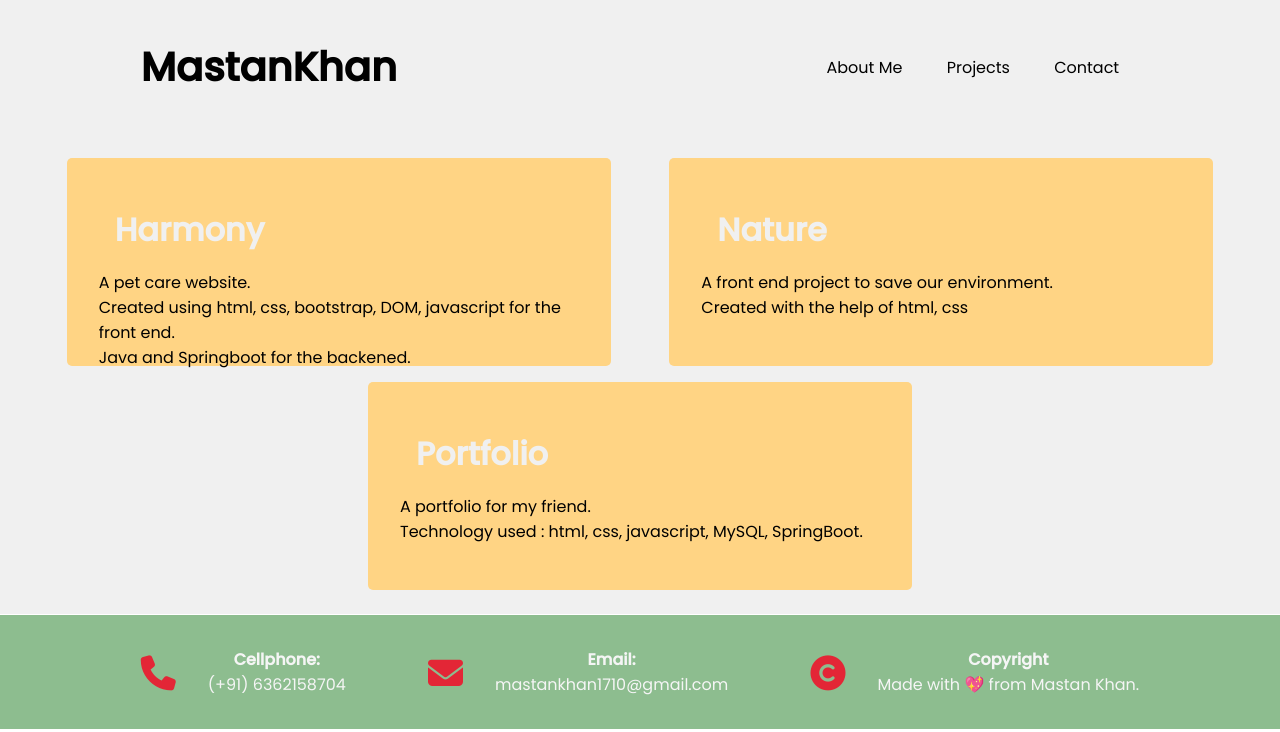
Repository: MastanKhan1/my_resume
Page: http://localhost/projects
The author's editor kept a copy of each file at every save. The page is drawn from the files as they stood at one save, then again after the next save.
The browser window is 1280 px wide. The pictures show the whole page.
Some web fonts or font styles are not loaded; a fallback is used. The page is this project's Thymeleaf template; nobody is signed in. The template is opened directly, without the code that normally fills it, so the values that code supplies are empty.

Above is the page before, as saved 2023-10-06 07:04:52.

### portfolio/src/main/resources/templates/projects.html
<!DOCTYPE html>
<html lang="en">
<head>
    <meta charset="UTF-8">
    <meta name="viewport" content="width=device-width, initial-scale=1.0">
    <title>Projects</title>

    <link rel="stylesheet" href="styles.css">
    <link rel="preconnect" href="https://fonts.googleapis.com">
<link rel="preconnect" href="https://fonts.gstatic.com" crossorigin>
<!-- <link href="https://cdn.jsdelivr.net/npm/bootstrap@5.3.2/dist/css/bootstrap.min.css" rel="stylesheet" integrity="sha384-T3c6CoIi6uLrA9TneNEoa7RxnatzjcDSCmG1MXxSR1GAsXEV/Dwwykc2MPK8M2HN" crossorigin="anonymous"> -->
<link href="https://fonts.googleapis.com/css2?family=Merriweather&family=Montserrat+Alternates:wght@500&family=Montserrat+Subrayada:wght@400;700&family=Montserrat:ital,wght@0,400;0,700;1,700&family=Niconne&family=PT+Mono&family=Poppins:wght@400;500&family=Roboto&family=Sacramento&family=Tinos&display=swap" rel="stylesheet">
<link rel="stylesheet" href="https://cdnjs.cloudflare.com/ajax/libs/font-awesome/6.4.2/css/all.min.css" integrity="sha512-z3gLpd7yknf1YoNbCzqRKc4qyor8gaKU1qmn+CShxbuBusANI9QpRohGBreCFkKxLhei6S9CQXFEbbKuqLg0DA==" crossorigin="anonymous" referrerpolicy="no-referrer" />

</head>
<body>

    <section id="section1">
        <div id="toggle">
            <!-- <nav> -->
                <div>
                    <h1>MastanKhan</h1>

                </div>
                <div>
                    <ul>
                        <li><a href="">About Me</a></li>
                        <li><a href="">Projects</a></li>
                        <li><a href="">Contact</a></li>
                    </ul>
                </div>
            <!-- </nav> -->
        </div>

        <div class="projects">
            <div class="project-items" id="harmony">
                <h2>Harmony</h2>
                <p>A pet care website.</p>
                <p>Created using html, css, bootstrap, DOM, javascript for the front end.</p>
                <p>Java and Springboot for the backened.</p>

            </div>
            <div class="project-items" id="any_time_food">
                <h2>Nature</h2>
                <p>A front end project to save our environment.</p>
                <p>Created with the help of html, css</p>

            </div>

            <div class="project-items" id="portfolio">
                <h2>Portfolio</h2>
                <p>A portfolio for my friend.</p>
                <p>Technology used : html, css, javascript, MySQL, SpringBoot.</p>
            </div>

        </div>


        <div id="footer">
            <div class="footer-items">
                <div class="footer-items">

                    <i class="fa-solid fa-phone"></i>

                </div>
                <div>
                    <h4>Cellphone:</h4>
                    <p>(+91) 6362158704</p>
                </div>
            </div>
            <div class="footer-items">
                <div >

                    <i class="fa-solid fa-envelope"></i>
                </div>
                <div>
                    <h4>Email:</h4>
                    <p>mastankhan1710@gmail.com</p>
                    <!-- <p>(+91) 9901531794</p> -->
                </div>
            </div>

            <div class="footer-items">
                <div>
                    <i class="fa-solid fa-copyright"></i>
                </div>
                <div>
                    <p>
                        <h4>Copyright</h4>
                        Made with 💖 from Mastan Khan.
                    </p>
                </div>
            </div>
        </div>
        </section>

</body>
</html>

### portfolio/src/main/resources/static/styles.css
@charset "UTF-8";

*{
    margin: 0;
    padding: 0;
    font-family: 'Poppins', sans-serif;
}


#section1{
    background-color: #f0f0f0;
    border-bottom: 3px solid white;
}

#toggle{
    padding: 2.9% 11%;
    display: flex;
    flex-wrap: wrap;
    justify-content: space-between;
    align-items: center;
}


div h1{
    font-size: 2.5rem;
}

#toggle div ul li{
    display: inline;
    margin: 10px 20px;
}

div ul li a{
    text-decoration: none;
    color: black;
}

div li a{
    text-decoration: none;
}

#intro{
    padding: 2% 7% 1% 7%;
    display: flex;
    flex-wrap: wrap;
    justify-content: space-around;

}

#intro div form{
    display: inline;
}

#image{
    width: 60%;
}



.auto-type{
    color: #E32636;
    font-weight: bold;
    font-size: 20px;
}

#intro div form input{
    height: 85px;
    width: 85px;
    border-radius: 100%;
    margin: 2% 2% 0 1%;
    font-size: 1rem;
    border: 1.25px solid black;
}

input:hover{
   opacity: 0.7;
   box-shadow: 3px 2px 2px black;
}

#red{
    background-color: #FFA500;
}

#blue{
    background-color: #8dbd8f;
}

#green{
    background-color: #E32636;
}

#footer{
    padding: 2.5% 11%;
    background-color: #8dbd8f;
    /* background-color: #f0f0f0; */
    display: flex;
    flex-wrap: wrap;
    justify-content: space-between;

}
/*
hr{
    border-bottom: 5px solid white;
    border-style: none none dotted none;
    border-width: 8px;
    width: 5%;
    margin-left: 40%;
} */

.footer-items{
    text-align: center;
    display: flex;
    flex-wrap: wrap;
    justify-content: space-between;
    color: whitesmoke;
}

i{
    font-size: 35px;
    color: #E32636;
    margin-right: 2rem;
    margin-top: 0.5rem;
}

/* .footer-items h4{
    display: inline;
} */


/* ------------------------------------------------------------------------------------------------------- */

.about_me_div{
    padding: 10px 4%;
    display: flex;
    flex-wrap: wrap;
    justify-content: space-evenly;
}

#education_table, #education_table tr,#education_table tr td,#education_table thead th{
    border: 2px solid black;
    border-collapse: collapse;
    text-align: center;
    padding: 2px;
}

#about_me_img{
    width: 48.5%;
    height: 45%;
    margin-left: 20%;
    border-radius: 100%;
    background-color: #E32636;
}

#skills_div{
    padding: 10px 4%;
    display: flex;
    flex-wrap: wrap;
    justify-content: space-around;
}

#skills_div div h2, .about_me_div div h2{
    color: #E32636;
}




/* --------------------------------------------------------------------------------------------------- */

#contact_div{
    display: flex;
    flex-wrap: wrap;
    justify-content: space-between;
    padding: 10px 5%;
}

#contact_div div img{
    /* background-color: #87CEEB;
    border-radius: 100%; */
    width: 87.8%;
}

#contact_div div h1{
    color: #8dbd8f;
    font-size: 3rem;
}

.contact{
    border-radius: 5px;
    height: 25px;
    width: 277px;
    text-align: center;
    margin: 3px;
}

#text_area{
    border-radius: 5px;
    border:2px solid black;
    margin: 3px;
}

#message{
    color: white;
    background-color: #8dbd8f;
    height: 45px;
    width: 150px;
    border-radius: 6px;
    margin-left: 3rem;
    font-size: larger;
    font-weight: bold;
}

#extra_info{
    margin-top: 5rem;
}

#extra_info h2{
    margin-top: 1rem;
    font-size: 2rem;
    font-weight: lighter;
}

#extra_info div{
    margin-top: 4rem;
}

#extra_info div i{
    color: #8dbd8f;
}


/* ------------------------------------------------------------------------------------------------------- */

.projects{
    display: flex;
    flex-wrap: wrap;
    justify-content: space-evenly;
    padding: 1rem;
    border-bottom: 1px solid white;
}

.project-items{
    width: 30rem;
    height: 9rem;
    margin: 0.5rem;
    padding: 2rem;
    border-radius: 5px;
    /* background-image: linear-gradient(to bottom, #FFA500, #ffca68); */
    background-color: #ffd484;
}

.project-items h2{
    font-size: 2rem;
   color: #f0f0f0;
   padding: 1rem;
}

After the next save:
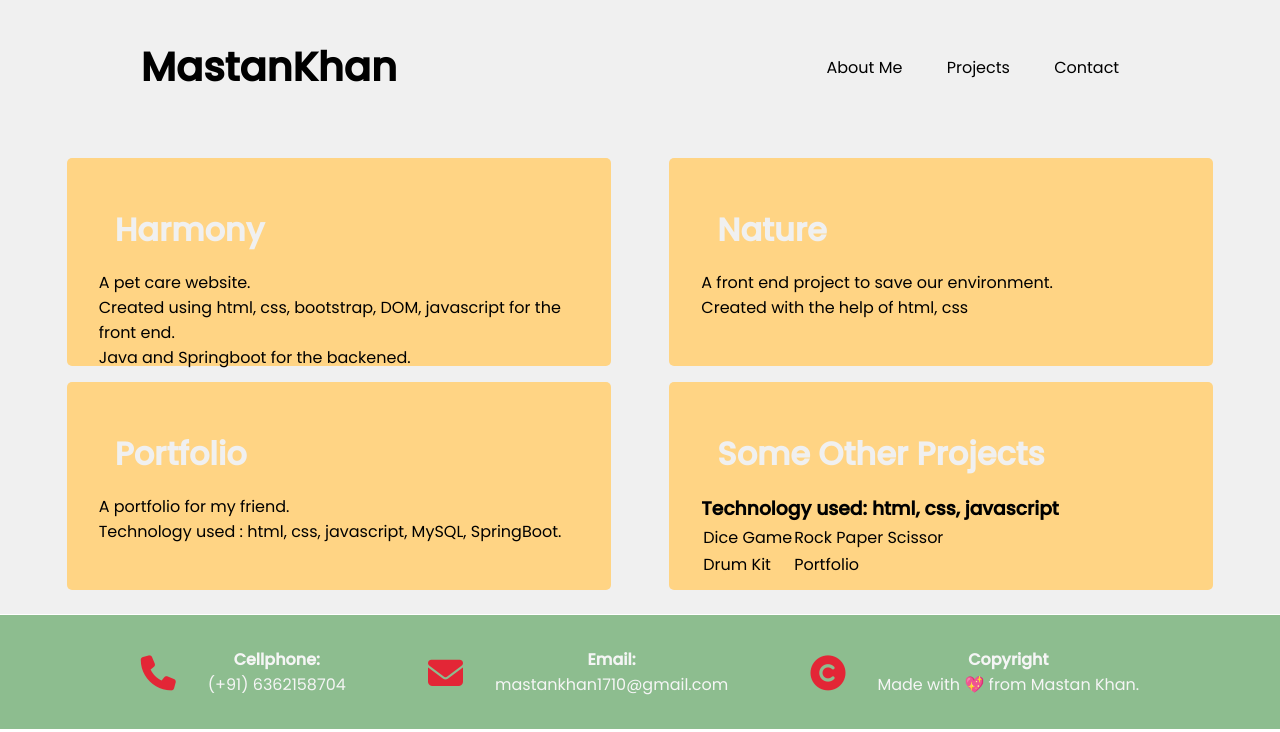
Saved 6 min 1 s later.
--- a/portfolio/src/main/resources/templates/projects.html
+++ b/portfolio/src/main/resources/templates/projects.html
@@ -53,6 +53,21 @@
                 <p>Technology used : html, css, javascript, MySQL, SpringBoot.</p>
             </div>
 
+            <div class="project-items" id="portfolio">
+                <h2>Some Other Projects</h2>
+                <h3>Technology used: html, css, javascript</h3>
+                <table>
+					<tr>
+						<td>Dice Game</td>
+						<td>Rock Paper Scissor</td>
+					</tr>
+					<tr>
+						<td>Drum Kit</td>
+						<td>Portfolio</td>
+					</tr>
+				</table>
+            </div>
+
         </div>
 
 
